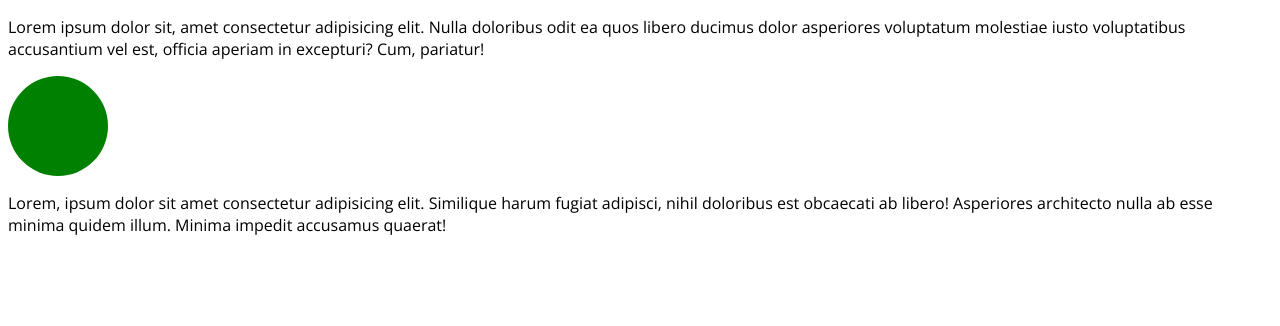
Repository: nguyenduong12345/EcommerceWebsite-productpage
Page: index.html
The author's editor kept a copy of each file at every save. The page is drawn from the files as they stood at one save, then again after the next save.
The browser window is 1280 px wide. The pictures show the whole page.
The style sheet was rebuilt from its Sass, Less or Tailwind sources for each picture, by a compiler version that may differ from the author's.

Above is the page before, as saved 2022-12-07 00:25:05.

### index.html
<!DOCTYPE html>
<html lang="en">
  <head>
    <meta charset="UTF-8" />
    <meta http-equiv="X-UA-Compatible" content="IE=edge" />
    <meta name="viewport" content="width=device-width, initial-scale=1.0" />
    <title>Trang san pham</title>
    <link rel="preconnect" href="https://fonts.googleapis.com" />
    <link rel="preconnect" href="https://fonts.gstatic.com" crossorigin />
    <link
      href="https://fonts.googleapis.com/css2?family=Bebas+Neue&family=Lato:wght@400;700;900&family=Open+Sans:ital,wght@0,300;0,400;0,500;0,700;1,300&family=Poppins:ital,wght@0,300;0,400;0,500;0,600;0,700;0,800;1,300;1,400;1,500;1,600;1,700;1,800&family=Roboto:wght@100;300;400;500;700&family=Ubuntu:wght@300;400;500&family=Vidaloka&display=swap"
      rel="stylesheet"
    />
    <link rel="stylesheet" href="./style.css" />
  </head>
  <body>
    <p>
      Lorem ipsum dolor sit, amet consectetur adipisicing elit. Nulla doloribus
      odit ea quos libero ducimus dolor asperiores voluptatum molestiae iusto
      voluptatibus accusantium vel est, officia aperiam in excepturi? Cum,
      pariatur!
    </p>
    <div class="box"></div>
    <p>
      Lorem, ipsum dolor sit amet consectetur adipisicing elit. Similique harum
      fugiat adipisci, nihil doloribus est obcaecati ab libero! Asperiores
      architecto nulla ab esse minima quidem illum. Minima impedit accusamus
      quaerat!
    </p>
  </body>
</html>

### style.scss
body {
  font-family: "Open Sans", serif;
}
.box {
  width: 100px;
  height: 100px;
  background-color: green;
  border-radius: 200px;
}

After the next save:
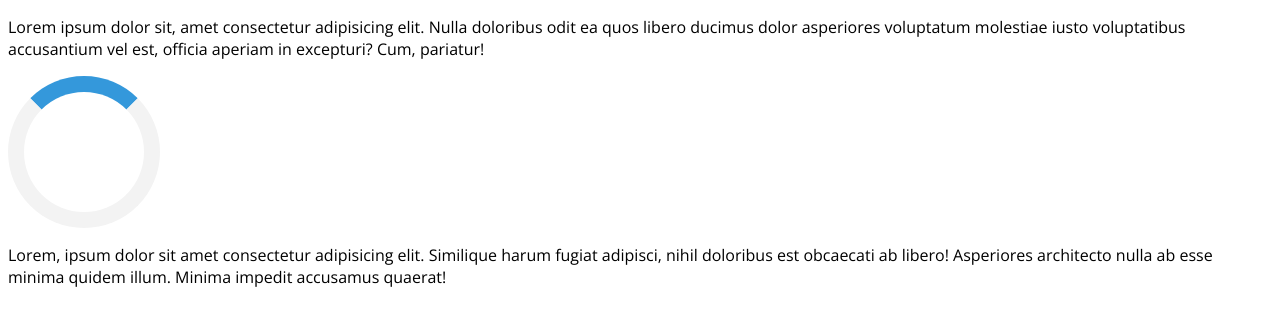
Saved 94 s later.
--- a/style.scss
+++ b/style.scss
@@ -2,8 +2,11 @@
   font-family: "Open Sans", serif;
 }
 .box {
-  width: 100px;
-  height: 100px;
-  background-color: green;
-  border-radius: 200px;
+  border: 16px solid #f3f3f3;
+  /* Light grey */
+  border-top: 16px solid #3498db;
+  /* Blue */
+  border-radius: 50%;
+  width: 120px;
+  height: 120px;
 }
